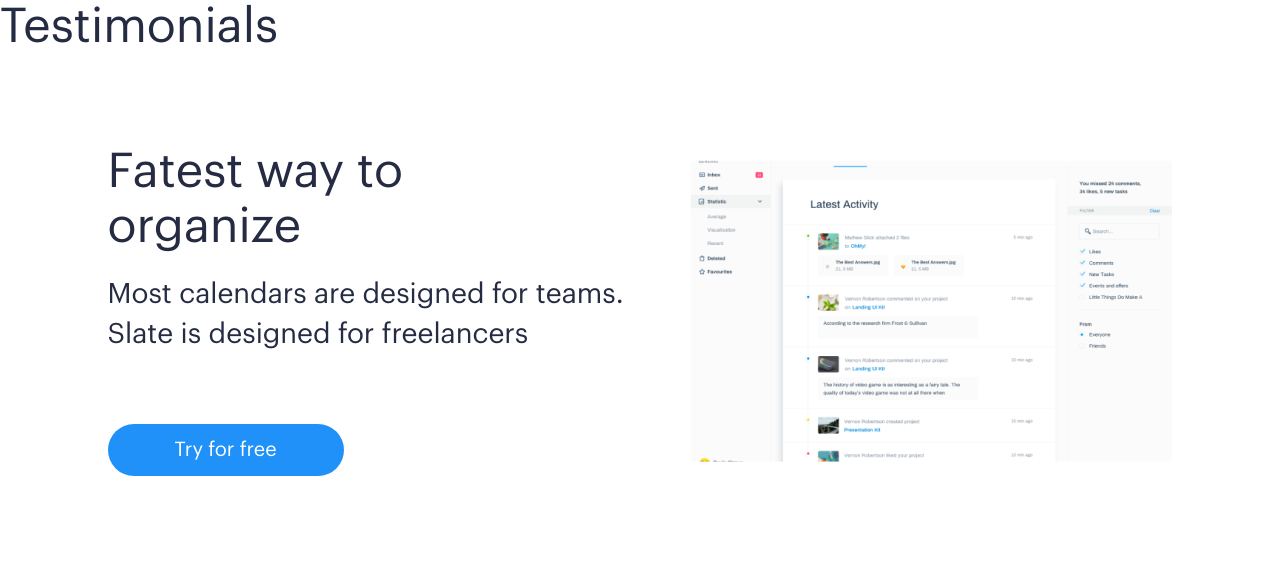
Repository: SK3010z/figmaland-tailwind
Page: /
The author's editor kept a copy of each file at every save. The page is drawn from the files as they stood at one save, then again after the next save.
The browser window is 1280 px wide. The pictures show the whole page.
The project was rebuilt for these pictures with package versions that can differ from the ones it lists, and the page was loaded fresh each time. Also part of the build but not shown: vite.config.js, src/mediaQueries.jsx.

Above is the page before, as saved 2024-08-19 14:55:04.

After the next save:
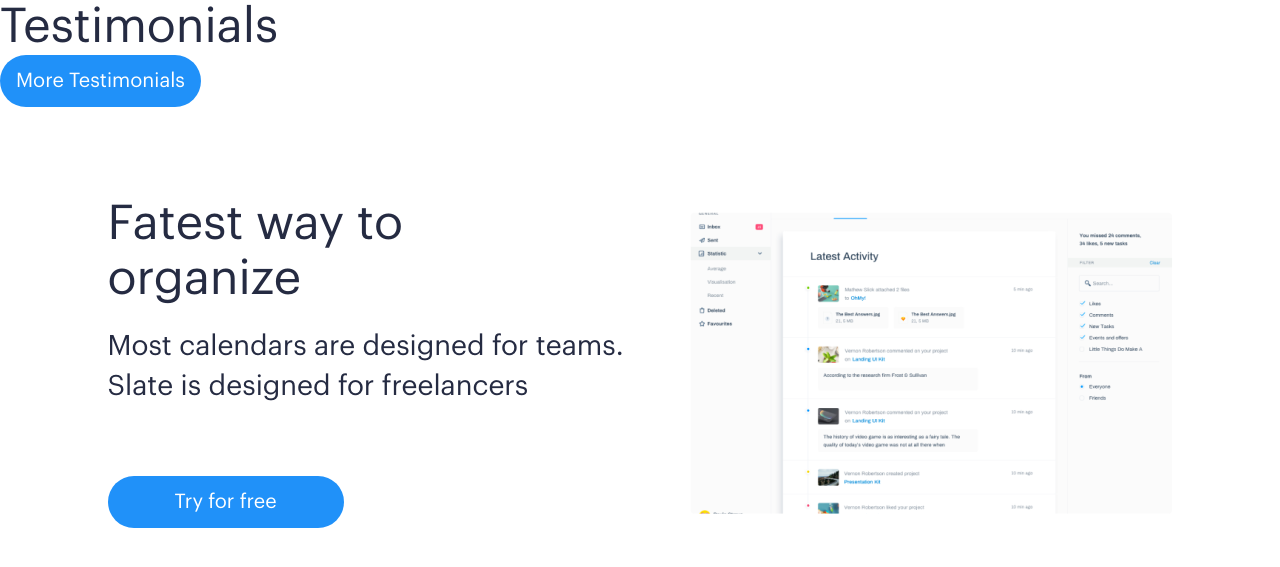
Saved 58 s later.
--- a/src/components/Testimonials/index.jsx
+++ b/src/components/Testimonials/index.jsx
@@ -1,9 +1,11 @@
+import { Button } from "../Button"
 import { Heading } from "../Heading"
 
 export const Testimonials = () => {
     return (
         <section className="bg-white">
             <Heading type='h2'>Testimonials</Heading>
+            <Button>More Testimonials</Button>
         </section>
     )
 }
